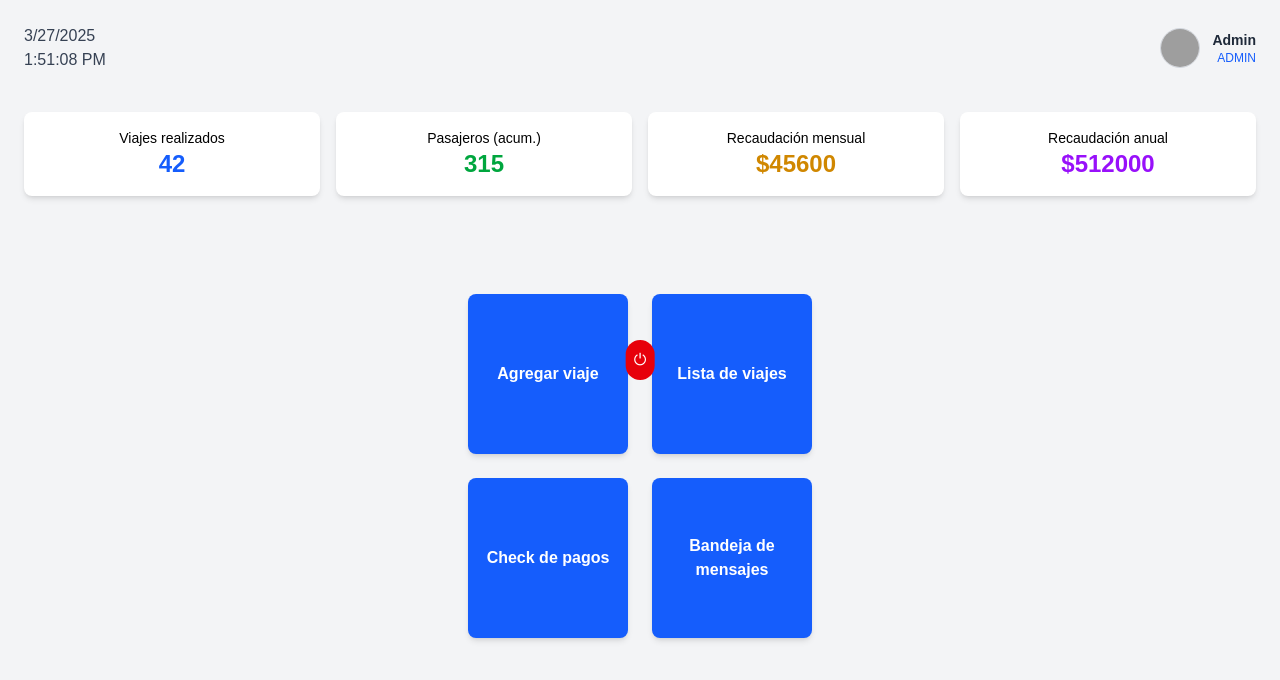
Repository: francoluca35/appcolectivos
Page: /homeadmin
An editor plug-in stored every save of this project. The page is shown before and after the next save, followed by the edit.
The browser window is 1280 px wide. The pictures show the whole page.
Pictures or frames that could not be fetched are drawn as grey boxes. The project was rebuilt for these pictures with package versions that can differ from the ones it lists, and the page was loaded fresh each time. The framework's server and built-in components were replaced by stand-ins that run in the browser. Also part of the build but not shown: next.config.mjs.

Above is the page before, as saved 2025-03-27 23:02:55.

### src/app/homeadmin/page.js
"use client";

import React, { useEffect, useState } from "react";
import { useRouter } from "next/navigation";
import EstadisticasPanel from "../components/EstadisticasPanel";

export default function HomeAdmin() {
  const [fechaHora, setFechaHora] = useState(new Date());
  const router = useRouter();

  const usuario = JSON.parse(localStorage.getItem("adminUser")) || {
    username: "Admin",
    role: "admin",
  };
  const stats = {
    cantidadViajes: 42,
    cantidadPasajeros: 315,
    recaudacionMensual: 45600,
    recaudacionAnual: 512000,
  };

  useEffect(() => {
    const interval = setInterval(() => setFechaHora(new Date()), 1000);
    return () => clearInterval(interval);
  }, []);

  const botones = [
    { texto: "Agregar viaje", ruta: "/agregarviaje" },
    { texto: "Lista de viajes", ruta: "/listaviajes" },
    { texto: "Check de pagos", ruta: "/checkpagos" },
    { texto: "Bandeja de mensajes", ruta: "/mensajes" },
  ];

  return (
    <div className="min-h-screen bg-gray-100 p-6 flex flex-col">
      {/* Header */}
      <div className="flex justify-between items-center mb-10">
        {/* Fecha y hora */}
        <div className="text-gray-700 font-medium">
          <p>{fechaHora.toLocaleDateString()}</p>
          <p>{fechaHora.toLocaleTimeString()}</p>
        </div>

        {/* Usuario */}
        <div className="flex items-center gap-3">
          <img
            src="/avatar.png"
            alt="User Avatar"
            className="w-10 h-10 rounded-full border border-gray-300"
          />
          <div className="text-right">
            <p className="text-sm font-bold text-gray-800">{usuario.username}</p>
            <p className="text-xs text-blue-600 uppercase">{usuario.role}</p>
          </div>
        </div>
      </div>
      <EstadisticasPanel stats={stats} />

      {/* Cuadrícula de botones */}
      <div className="flex-grow flex justify-center items-center">
        <div className="grid grid-cols-2 gap-6">
          {botones.map((btn, i) => (
            <button
              key={i}
              onClick={() => router.push(btn.ruta)}
              className="w-40 h-40 bg-blue-600 text-white font-semibold text-center rounded-lg shadow-md hover:bg-blue-700 transition"
            >
              {btn.texto}
            </button>
          ))}
        </div>
        <button
    onClick={() => {
      localStorage.removeItem("adminUser");
      router.push("/login");
    }}
    className="absolute bg-red-600 text-white p-2 rounded-full hover:bg-red-700 transition top-1/2 left-1/2 -translate-x-1/2 -translate-y-1/2 z-10"
    title="Cerrar sesión"
  >
    ⏻
  </button>
      </div>
    </div>
  );
}

### src/app/components/EstadisticasPanel.js
import React from "react";

export default function EstadisticasPanel({ stats }) {
  return (
    <div className="grid grid-cols-2 md:grid-cols-4 gap-4 mb-10">
      <div className="bg-white shadow-md rounded-lg p-4 text-center">
        <p className="text-sm text-black">Viajes realizados</p>
        <p className="text-2xl font-bold text-blue-600">{stats.cantidadViajes}</p>
      </div>
      <div className="bg-white shadow-md rounded-lg p-4 text-center">
        <p className="text-sm text-black">Pasajeros (acum.)</p>
        <p className="text-2xl font-bold text-green-600 ">{stats.cantidadPasajeros}</p>
      </div>
      <div className="bg-white shadow-md rounded-lg p-4 text-center">
        <p className="text-sm text-black">Recaudación mensual</p>
        <p className="text-2xl font-bold text-yellow-600">${stats.recaudacionMensual}</p>
      </div>
      <div className="bg-white shadow-md rounded-lg p-4 text-center">
        <p className="text-sm text-black">Recaudación anual</p>
        <p className="text-2xl font-bold text-purple-600">${stats.recaudacionAnual}</p>
      </div>
    </div>
  );
}

Loaded but not shown: src/app/layout.js (common file); src/app/globals.css (common file)

After the next save:
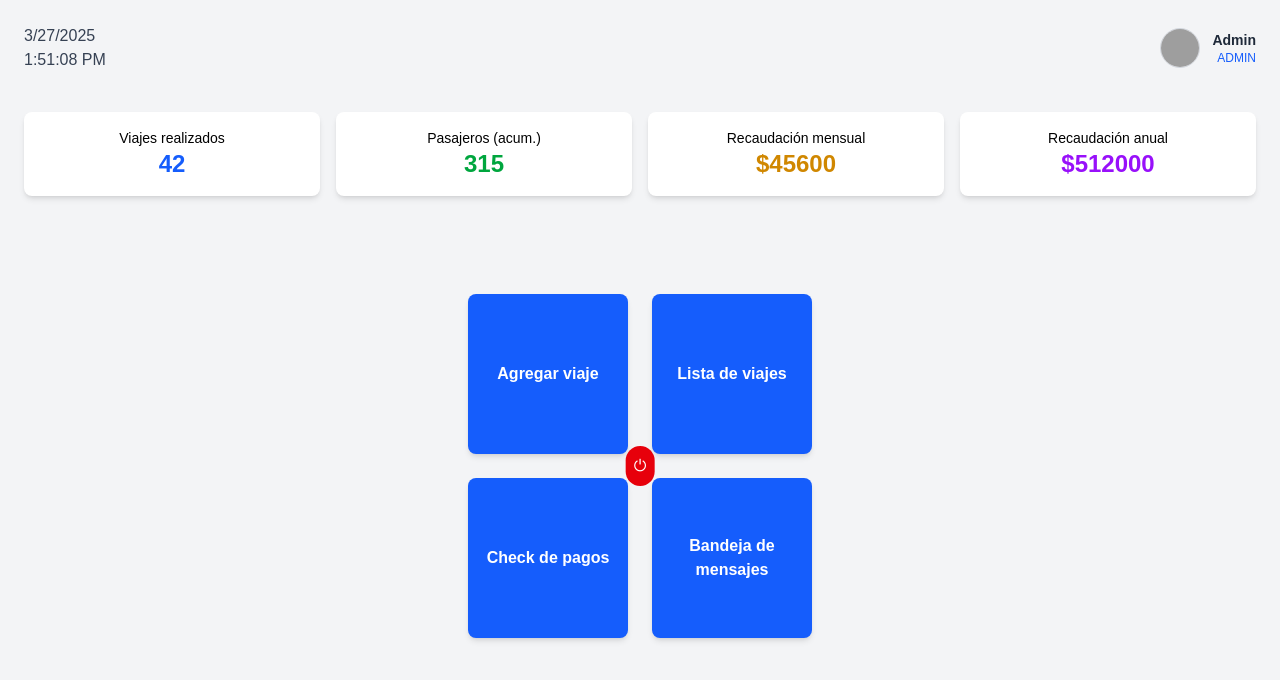
Saved 15 s later.
--- a/src/app/homeadmin/page.js
+++ b/src/app/homeadmin/page.js
@@ -57,19 +57,22 @@ export default function HomeAdmin() {
       <EstadisticasPanel stats={stats} />
 
       {/* Cuadrícula de botones */}
-      <div className="flex-grow flex justify-center items-center">
-        <div className="grid grid-cols-2 gap-6">
-          {botones.map((btn, i) => (
-            <button
-              key={i}
-              onClick={() => router.push(btn.ruta)}
-              className="w-40 h-40 bg-blue-600 text-white font-semibold text-center rounded-lg shadow-md hover:bg-blue-700 transition"
-            >
-              {btn.texto}
-            </button>
-          ))}
-        </div>
-        <button
+      <div className="flex-grow flex justify-center items-center relative">
+  {/* Cuadrícula de botones */}
+  <div className="grid grid-cols-2 gap-6">
+    {botones.map((btn, i) => (
+      <button
+        key={i}
+        onClick={() => router.push(btn.ruta)}
+        className="w-40 h-40 bg-blue-600 text-white font-semibold text-center rounded-lg shadow-md hover:bg-blue-700 transition"
+      >
+        {btn.texto}
+      </button>
+    ))}
+  </div>
+
+  {/* Botón de logout al centro */}
+  <button
     onClick={() => {
       localStorage.removeItem("adminUser");
       router.push("/login");
@@ -79,7 +82,7 @@ export default function HomeAdmin() {
   >
     ⏻
   </button>
-      </div>
+</div>
     </div>
   );
 }
